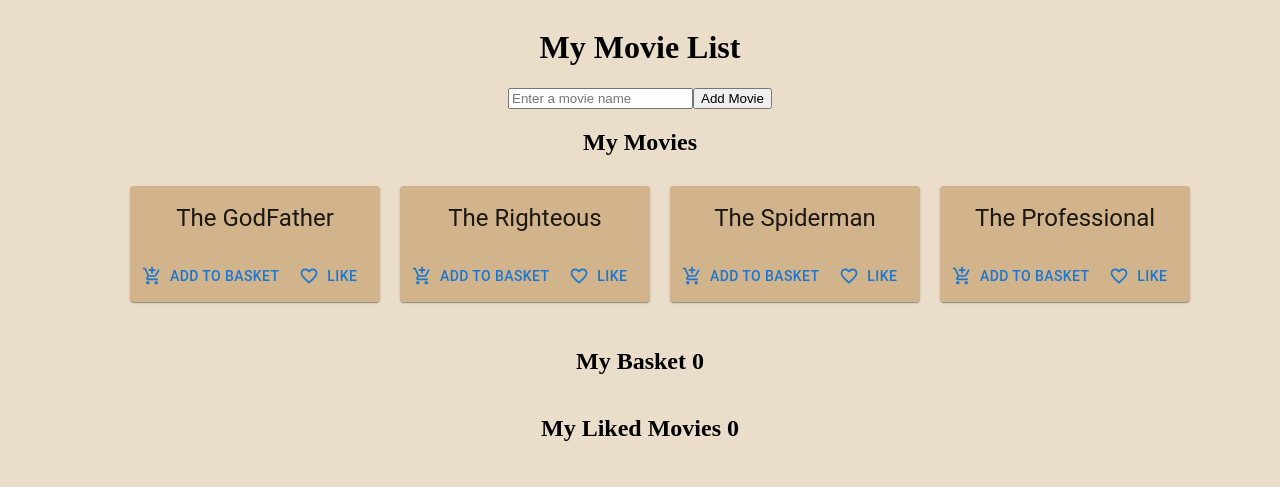
Repository: sinchana-p-iVoyant/redux-movie-store
Page: /
The author's editor kept a copy of each file at every save. The page is drawn from the files as they stood at one save, then again after the next save.
The browser window is 1280 px wide. The pictures show the whole page.
The project was rebuilt for these pictures with package versions that can differ from the ones it lists, and the page was loaded fresh each time. Also part of the build but not shown: vite.config.ts.

Above is the page before, as saved 2024-02-15 12:35:34.

After the next save:
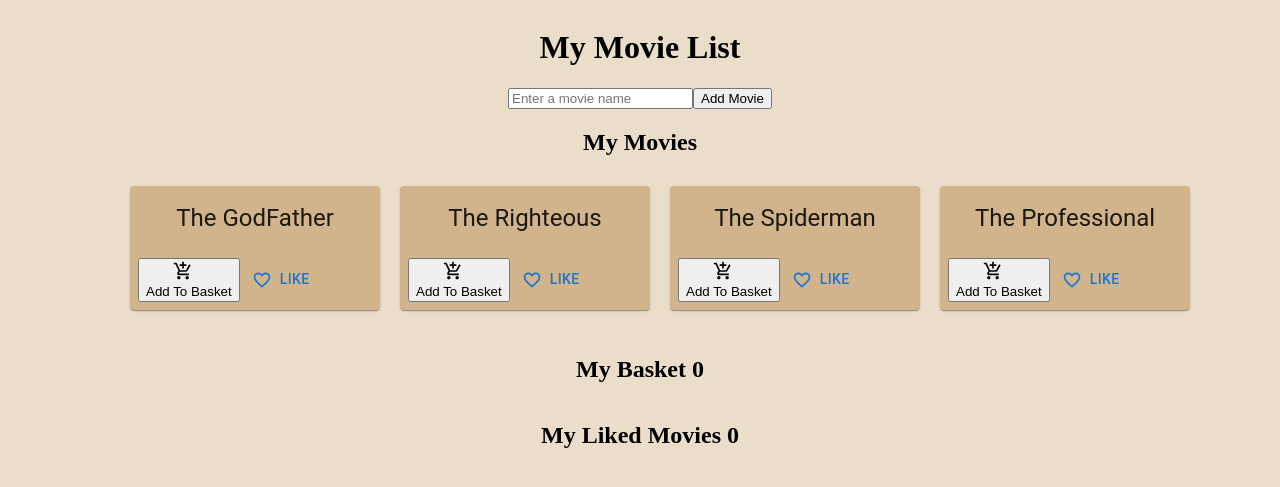
Saved 10 s later.
--- a/src/App.tsx
+++ b/src/App.tsx
@@ -82,6 +82,7 @@
 
               <CardActions>
                 <Button
+                  class
                   startIcon={movie.inBasket ? <RemoveShoppingCart /> : <AddShoppingCart />}
                   onClick={() => handleAddToBasket(movie.title)}>
                   {movie.inBasket ? "Remove From Basket" : "Add To Basket"}

After the save that followed:
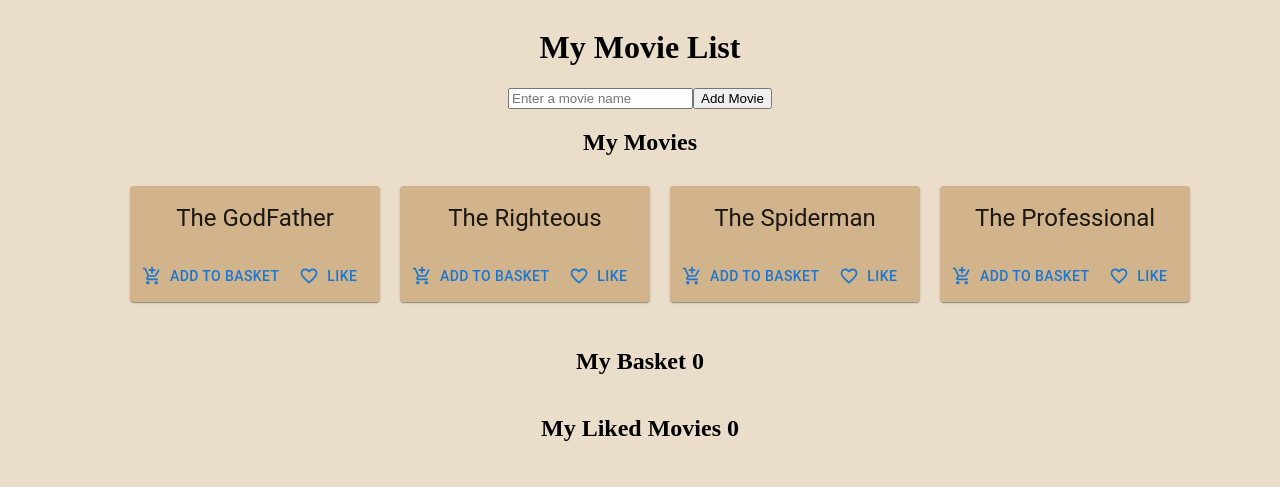
Saved 5 s later.
--- a/src/App.tsx
+++ b/src/App.tsx
@@ -82,7 +82,7 @@
 
               <CardActions>
                 <Button
-                  class
+                  className="btn"
                   startIcon={movie.inBasket ? <RemoveShoppingCart /> : <AddShoppingCart />}
                   onClick={() => handleAddToBasket(movie.title)}>
                   {movie.inBasket ? "Remove From Basket" : "Add To Basket"}
